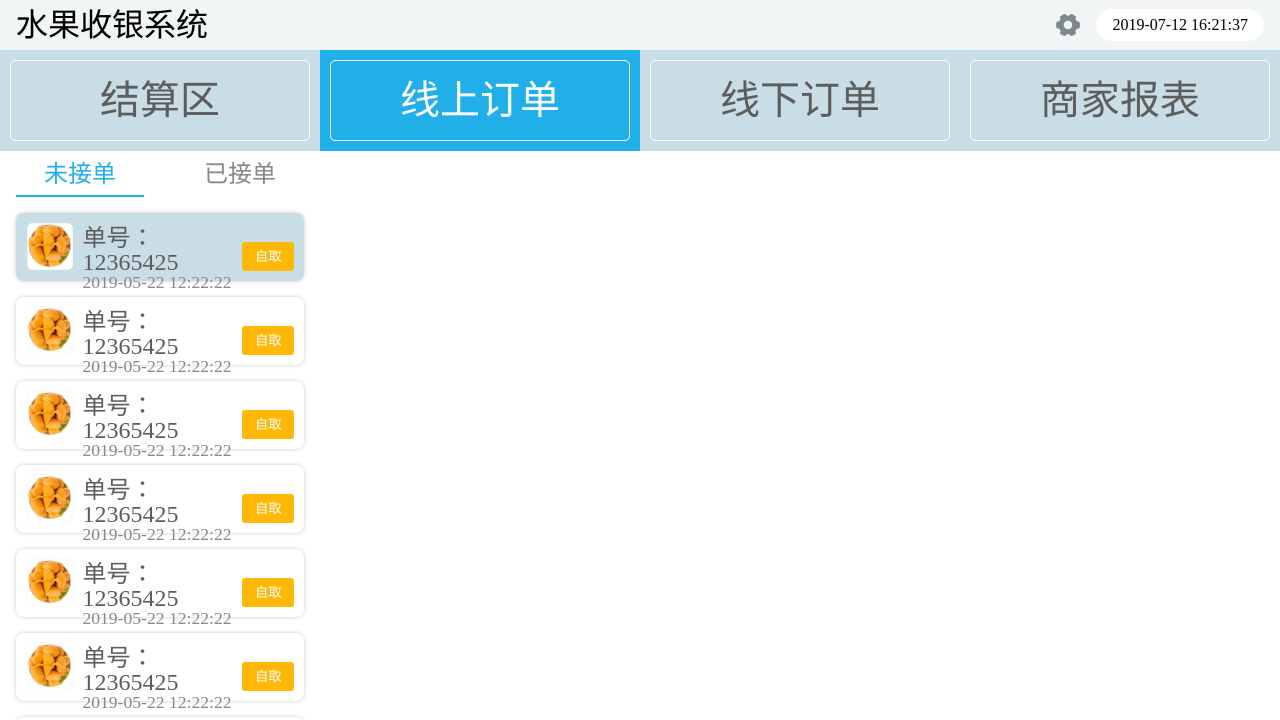
Repository: missing-star/fruit
Page: index.html
These files come from the project's save history. The page is drawn as it stood at one moment and after the next save; the edit follows.
The browser window is 1280 px wide. The pictures show the whole page.

Above is the page before, as saved 2019-07-12 16:38:39.

After the next save:
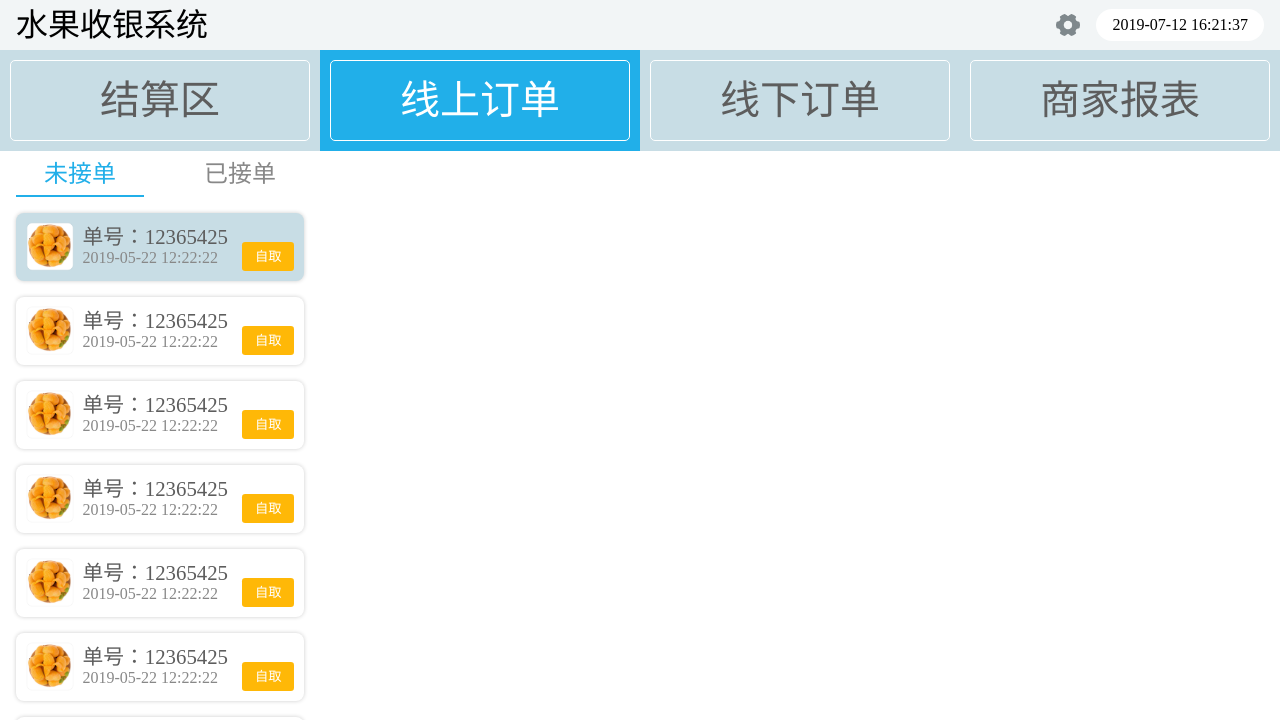
Saved 52 s later.
--- a/css/index.css
+++ b/css/index.css
@@ -380,11 +380,11 @@ button.post-way.self{
 }
 p.order-number {
     color: #5D5D5D;
-    font-size: 1.5rem;
+    font-size: 1.3rem;
 }
 p.order-date {
     color: #888888;
-    font-size: 1.1rem;
+    font-size: 1rem;
 }
 .order-detail {
     flex: 1;
